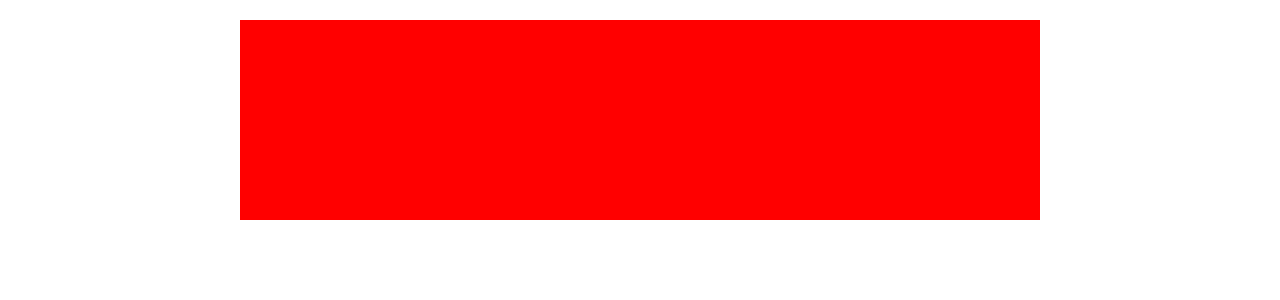
Repository: MiroslavWise/test-gallery
Page: /
The author's editor kept a copy of each file at every save. The page is drawn from the files as they stood at one save, then again after the next save.
The browser window is 1280 px wide. The pictures show the whole page.
The page's requests for data from a server got no answer. The project was rebuilt for these pictures with package versions that can differ from the ones it lists, and the page was loaded fresh each time. No one was signed in, and anything a server would have sent is missing.

Above is the page before, as saved 2022-06-22 17:00:31.

After the next save:
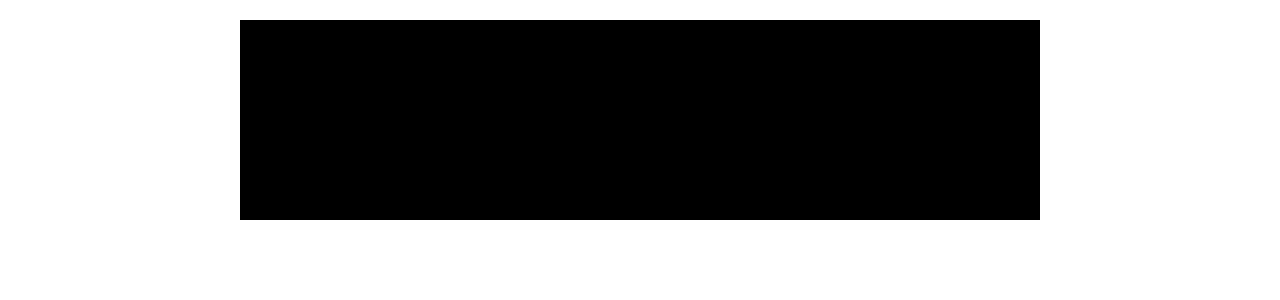
Saved 7 s later.
--- a/src/index.scss
+++ b/src/index.scss
@@ -25,7 +25,7 @@
 }
 
 
-@media (min-width: $mediaMobile){
+@media (width: $mediaMobile){
   .container_gallery{
     background-color: red;
   }
